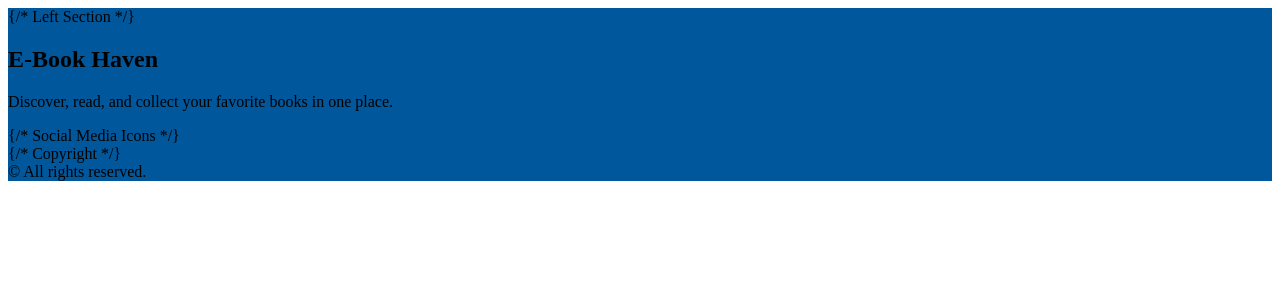
Repository: UmmeAyesha22/E-book-Shop
Page: http://localhost/Ebook-App/all_component/footer.jsp
These files come from the project's save history. The page is drawn as it stood at one moment and after the next save; the edit follows.
The browser window is 1280 px wide. The pictures show the whole page.
The page is served by Tomcat 9. Other server files are loaded and not shown.

Above is the page before, as saved 2025-02-15 05:37:37.

### Ebook-App/src/main/webapp/all_component/footer.jsp
<div class="container-fluid text-center text-white p-3 mt-3"
 style="background-color: #01579b;">

<div className="container mx-auto px-4 flex flex-col md:flex-row justify-between items-center">

        {/* Left Section */}
        <div className="text-center md:text-left mb-4 md:mb-0">
          <h2 className="text-xl font-semibold">E-Book Haven</h2>
          <p className="text-sm text-gray-400">
            Discover, read, and collect your favorite books in one place.
          </p>
        </div>

        {/* Social Media Icons */}
        <div className="flex space-x-4">
          <a href="#" className="text-gray-400 hover:text-white">
            <i className="fab fa-facebook"></i>
          </a>
          <a href="#" className="text-gray-400 hover:text-white">
            <i className="fab fa-twitter"></i>
          </a>
          <a href="#" className="text-gray-400 hover:text-white">
            <i className="fab fa-instagram"></i>
          </a>
        </div>
      </div>

      {/* Copyright */}
      <div className="text-center text-gray-500 text-sm mt-4">
        &copy; All rights reserved.
      </div>

</div>

After the next save:
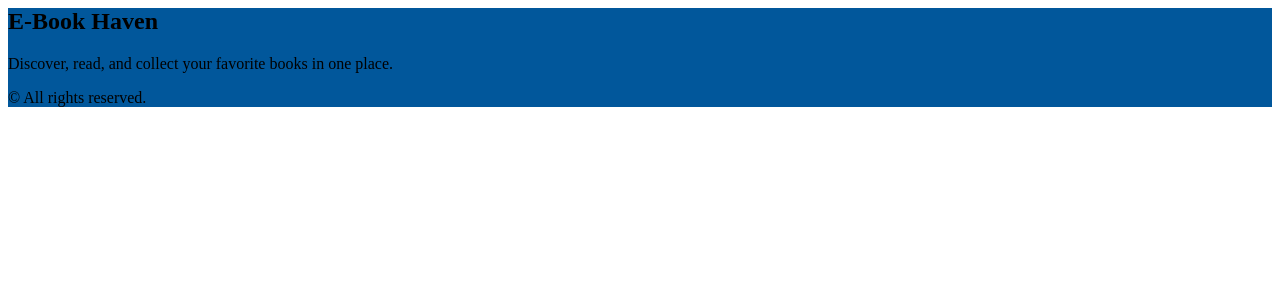
Saved 2 min 5 s later.
--- a/Ebook-App/src/main/webapp/all_component/footer.jsp
+++ b/Ebook-App/src/main/webapp/all_component/footer.jsp
@@ -3,7 +3,7 @@
 
 <div className="container mx-auto px-4 flex flex-col md:flex-row justify-between items-center">
 
-        {/* Left Section */}
+      <!--  Left Section -->
         <div className="text-center md:text-left mb-4 md:mb-0">
           <h2 className="text-xl font-semibold">E-Book Haven</h2>
           <p className="text-sm text-gray-400">
@@ -11,7 +11,7 @@
           </p>
         </div>
 
-        {/* Social Media Icons */}
+        <!--  Social Media Icons  -->
         <div className="flex space-x-4">
           <a href="#" className="text-gray-400 hover:text-white">
             <i className="fab fa-facebook"></i>
@@ -25,7 +25,7 @@
         </div>
       </div>
 
-      {/* Copyright */}
+     <!--   Copyright  -->
       <div className="text-center text-gray-500 text-sm mt-4">
         &copy; All rights reserved.
       </div>
